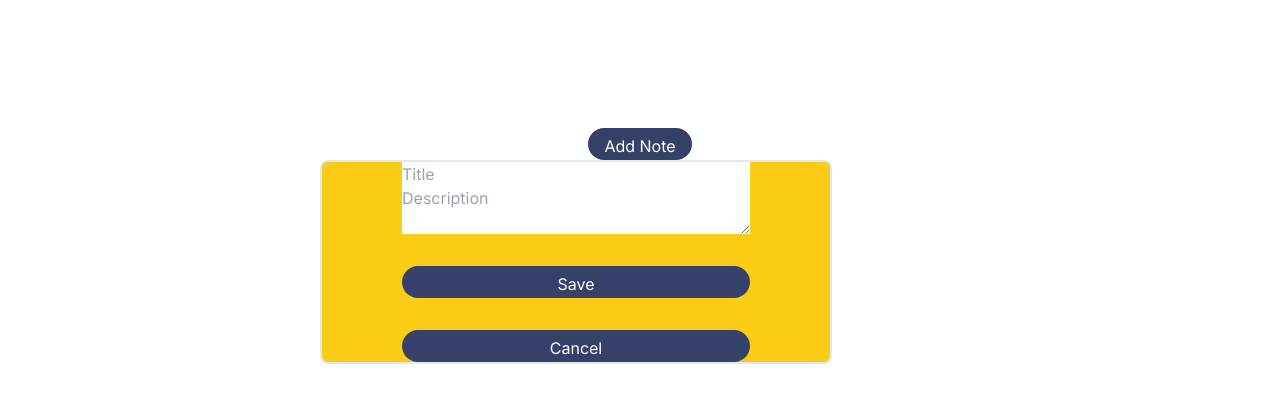
Repository: drumsmanku/next-and-nest-note-taker
Page: / (app in client/), after clicking the first element matching `button.px-4`
The author's editor kept a copy of each file at every save. The page is drawn from the files as they stood at one save, then again after the next save.
The browser window is 1280 px wide. The pictures show the whole page.
The page's requests for data from a server got no answer. The project was rebuilt for these pictures with package versions that can differ from the ones it lists, and the page was loaded fresh each time. The framework's server and built-in components were replaced by stand-ins that run in the browser. No one was signed in, and anything a server would have sent is missing. Also part of the build but not shown: client/next.config.mjs.

Above is the page before, as saved 2024-03-14 12:43:43.

### client/app/page.tsx
import Image from "next/image";
import NotesComponent from "./components/NotesComponent";
export default function Home() {
  return (
    <main className="flex min-h-screen flex-col items-center justify-between p-24">
      <NotesComponent/>
    </main>
  );
}

### client/app/globals.css
@tailwind base;
@tailwind components;
@tailwind utilities;

.flex {
  display: flex;
  height: 100%;
}

.container {
  display: flex; /* Use flexbox to create a flex container */
  align-items: stretch; /* Adjust alignment to stretch both columns */
}

### client/app/components/NotesComponent.tsx
"use client"
import { useState, useEffect } from 'react';
import axios from 'axios'; // Assuming you're using axios for HTTP requests

interface Note {
  _id: string;
  title: string;
  description: string;
}

const NotesComponent: React.FC = () => {
  const [notes, setNotes] = useState<Note[]>([]);
  const [showCreatePopup, setShowCreatePopup] = useState<boolean>(false);
  const [showEditPopup, setShowEditPopup] = useState<boolean>(false);
  const [editNoteId, setEditNoteId] = useState<string | null>(null);
  const [newNoteTitle, setNewNoteTitle] = useState<string>('');
  const [newNoteDescription, setNewNoteDescription] = useState<string>('');
  const [editNoteTitle, setEditNoteTitle] = useState<string>('');
  const [editNoteDescription, setEditNoteDescription] = useState<string>('');

  useEffect(() => {
    fetchNotes();
  }, []);

  const fetchNotes = async () => {
    try {
      const response = await axios.get<Note[]>('http://localhost:4000/notes');
      setNotes(response.data);
      console.log(response.data);
    } catch (error) {
      console.error('Error fetching notes:', error);
    }
  };

  const handleAddNote = async () => {
    try {
      await axios.post('http://localhost:4000/notes', {
        title: newNoteTitle,
        description: newNoteDescription
      });
      fetchNotes();
      setShowCreatePopup(false);
      setNewNoteTitle('');
      setNewNoteDescription('');
    } catch (error) {
      console.error('Error adding note:', error);
    }
  };

  const handleEditNote = async () => {
    try {
      await axios.put(`http://localhost:4000/notes/${editNoteId}`, {
        title: editNoteTitle,
        description: editNoteDescription
      });
      fetchNotes();
      setShowEditPopup(false);
      setEditNoteId(null);
      setEditNoteTitle('');
      setEditNoteDescription('');
    } catch (error) {
      console.error('Error updating note:', error);
    }
  };

  const handleDeleteNote = async (noteId: string) => {
    try {
      await axios.delete(`http://localhost:4000/notes/${noteId}`);
      fetchNotes();
    } catch (error) {
      console.error('Error deleting note:', error);
    }
  };

  return (
    <div className='flex flex-col h-screen w-screen items-center'>
      <button className="px-4 py-1.5 text-white h-8 text-md rounded-full border-none bg-[#36416A] mt-8" onClick={() => setShowCreatePopup(true)}>Add Note</button>
      <div className='flex flex-col w-[50%]'>
        {showCreatePopup && (
          <div className='flex flex-col w-[80%] border-2 rounded-lg  bg-yellow-400 px-20'>
            <input
              type="text"
              placeholder="Title"
              value={newNoteTitle}
              onChange={(e) => setNewNoteTitle(e.target.value)}
            />
            <textarea
              placeholder="Description"
              value={newNoteDescription}
              onChange={(e) => setNewNoteDescription(e.target.value)}
            />
            <button className="px-4 py-1.5 text-white h-8 text-md rounded-full border-none bg-[#36416A] mt-8" onClick={handleAddNote}>Save</button>
            <button className="px-4 py-1.5 text-white h-8 text-md rounded-full border-none bg-[#36416A] mt-8" onClick={() => setShowCreatePopup(false)}>Cancel</button>
          </div>
        )}
        {showEditPopup && (
          <div>
            <input
              type="text"
              placeholder="Title"
              value={editNoteTitle}
              onChange={(e) => setEditNoteTitle(e.target.value)}
            />
            <textarea
              placeholder="Description"
              value={editNoteDescription}
              onChange={(e) => setEditNoteDescription(e.target.value)}
            />
            <button onClick={handleEditNote}>Save</button>
            <button onClick={() => setShowEditPopup(false)}>Cancel</button>
          </div>
        )}
        <ul className='flex'>
          {notes.map((note) => (
            <li className='border-2 p-10' key={note._id}>
              <div>
                <strong>{note.title}</strong>
                <p>{note.description}</p>
              </div>
              <button onClick={() => {
                setEditNoteId(note._id);
                setEditNoteTitle(note.title);
                setEditNoteDescription(note.description);
                setShowEditPopup(true);
              }}>Edit</button>
              <button onClick={() => handleDeleteNote(note.id)}>Delete</button>
            </li>
          ))}
        </ul>
      </div>


    </div>
  );
};

export default NotesComponent;

Loaded but not shown: client/app/layout.tsx (common file); client/tailwind.config.ts (common file)

After the next save:
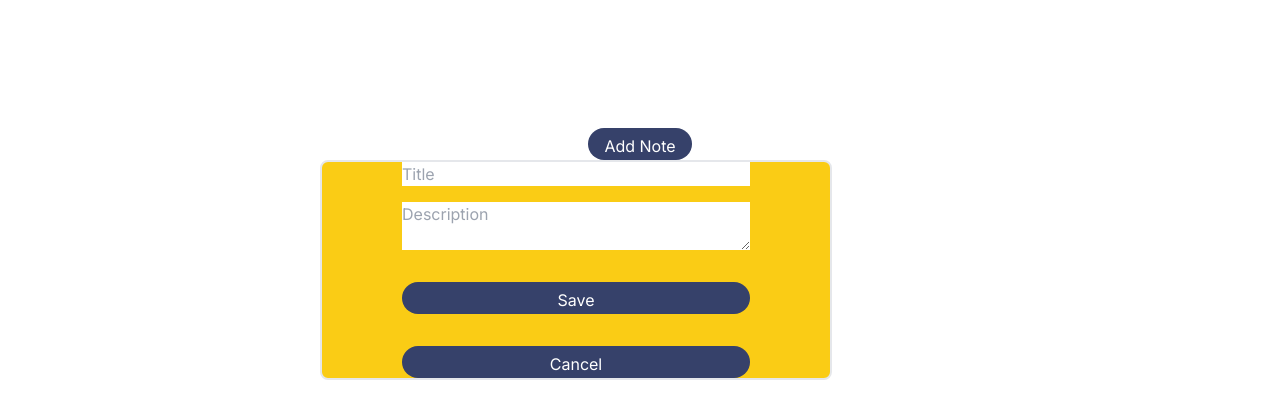
Saved 12 s later.
--- a/client/app/components/NotesComponent.tsx
+++ b/client/app/components/NotesComponent.tsx
@@ -83,6 +83,7 @@ const NotesComponent: React.FC = () => {
               placeholder="Title"
               value={newNoteTitle}
               onChange={(e) => setNewNoteTitle(e.target.value)}
+              className='mb-4'
             />
             <textarea
               placeholder="Description"
